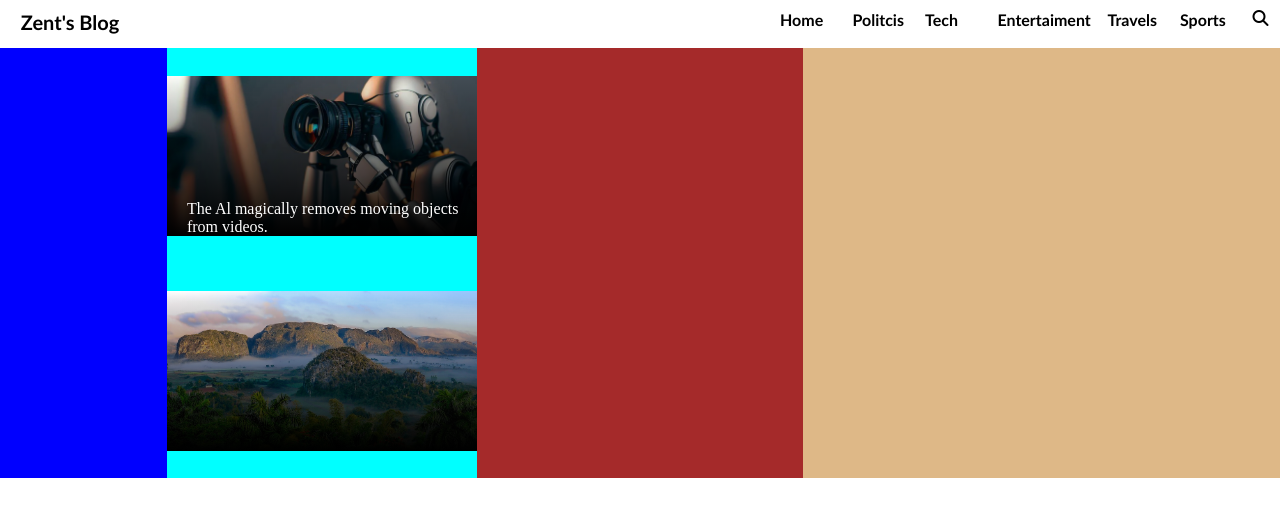
Repository: giacatdat2k5/html3
Page: html3.vs/7.1.html
An editor plug-in stored every save of this project. The page is shown before and after the next save, followed by the edit.
The browser window is 1280 px wide. The pictures show the whole page.

Above is the page before, as saved 2023-09-27 14:01:38.

### html3.vs/7.1.html
<!DOCTYPE html>
<html lang="en">
<head>
    <meta charset="UTF-8">
    <meta name="viewport" content="width=device-width, initial-scale=1.0">
    <title>7.2</title>
    <link rel="stylesheet" type="text/css" href="7.1.css">
    <link rel="stylesheet" href="https://cdnjs.cloudflare.com/ajax/libs/font-awesome/6.4.2/css/all.min.css"/>
</head>
<body>
    <div id="header">
        <div class="logo">Zent's Blog </div>
        <div class="menu">
            <div class="items">Home</div>
            <div class="items">Politcis</div>
            <div class="items">Tech</div>
            <div class="items">Entertaiment</div>
            <div class="items">Travels</div>
            <div class="items">Sports</div>
            <div class="search"><i class="fa-solid fa-magnifying-glass"></i></div>
        </div>
    </div>
    <div id="content">
        <div class="left">
            <div class="imageleft">
                <div class="iamge1">
                    <div class="edit">The Al magically removes moving objects from videos.</div>
                </div>
                <div class="iamge2">
                    <div class="edit"></div>
                </div>
            </div>
        </div>
        <div class="center">
            <div class="imagecenter"></div>
        </div>
        <div class="right">
            <div class="iamgeright"></div>
        </div>
    </div>
</body>
</html>

### html3.vs/7.1.css
@media all and (min-width: 992px){
*{
    margin:0;
    padding: 0;
}
#header{
    width: 100%;
    height: 3em;
    display: flex;
    justify-content: space-between;
}
.logo{
    font-size: 20px;
    width: 120px;
    text-align: center;
    padding: 10px;
    font-weight: bold;
    font-family:'Trebuchet MS', 'Lucida Sans Unicode', 'Lucida Grande', 'Lucida Sans', Arial, sans-serif;

}
.menu{
    width: 510px;
    display: flex;
}
.items{
    width: 90px;
    padding: 10px;
    font-weight: bold;
    font-family:'Trebuchet MS', 'Lucida Sans Unicode', 'Lucida Grande', 'Lucida Sans', Arial, sans-serif;
}
.search{
    width: 30px;
    padding: 10px;
}
#content{
    width: 100%;
    height: 430px;
    background-color:whitesmoke;
    display: flex;
}
.left{
    width: 38%;
    height: 100%;
    background-color: blue;
    display: flex;
    justify-content: right;
    align-items: center;
}
.center{
    width: 26%;
    height: 100%;
    background-color: brown;
}
.right{
    width: 38%;
    height: 100%;
    background-color:burlywood;
}
.imageleft{
    width: 65%;
    height: 100%;
    background-color: aqua;
    display: flex;
    flex-wrap: wrap;
    align-items: center;
}
.iamge1{
    background-image: url('anh1.webp');
    background-size: cover;
    width: 100%;
    height: 160px;
    display:flex;
    align-items: end;
}
.iamge2{
    background-image: url('image3.jpeg');
    background-size: cover;
    width: 100%;
    height: 160px;
    display:flex;
    align-items: end;
}
.edit{
    width: 100%;
    height: 100%;
    background: linear-gradient(to bottom, transparent, rgba(0, 0, 0, 1));
    color:white;
    display:flex;
    align-items: end;
    padding-left: 20px;
}
}

After the next save:
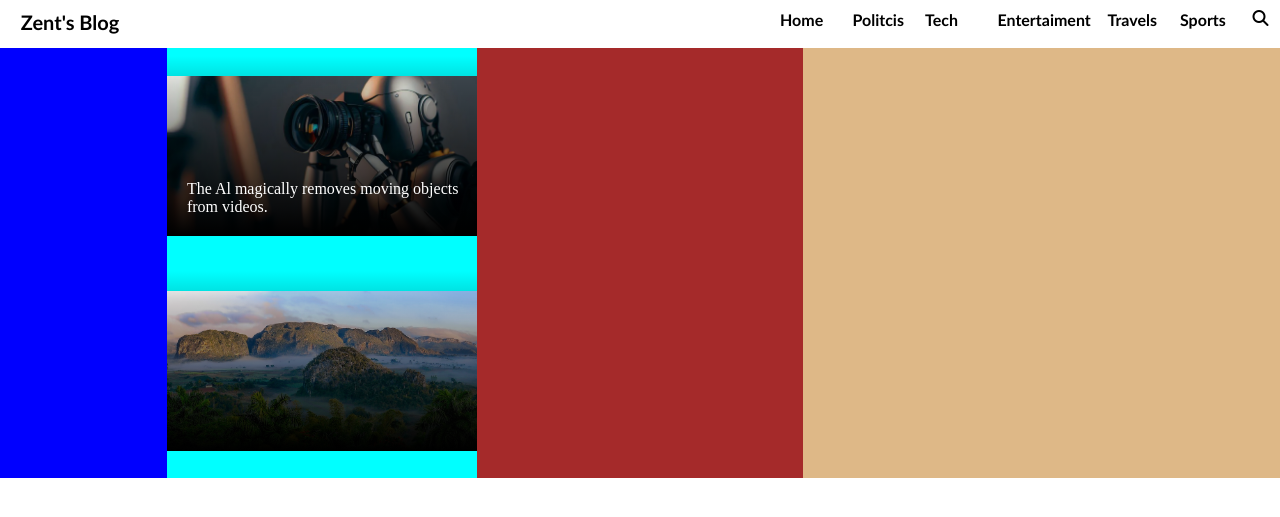
Saved 19 s later.
--- a/html3.vs/7.1.css
+++ b/html3.vs/7.1.css
@@ -88,5 +88,6 @@
     display:flex;
     align-items: end;
     padding-left: 20px;
+    padding-bottom: 20px;
 }
 }
